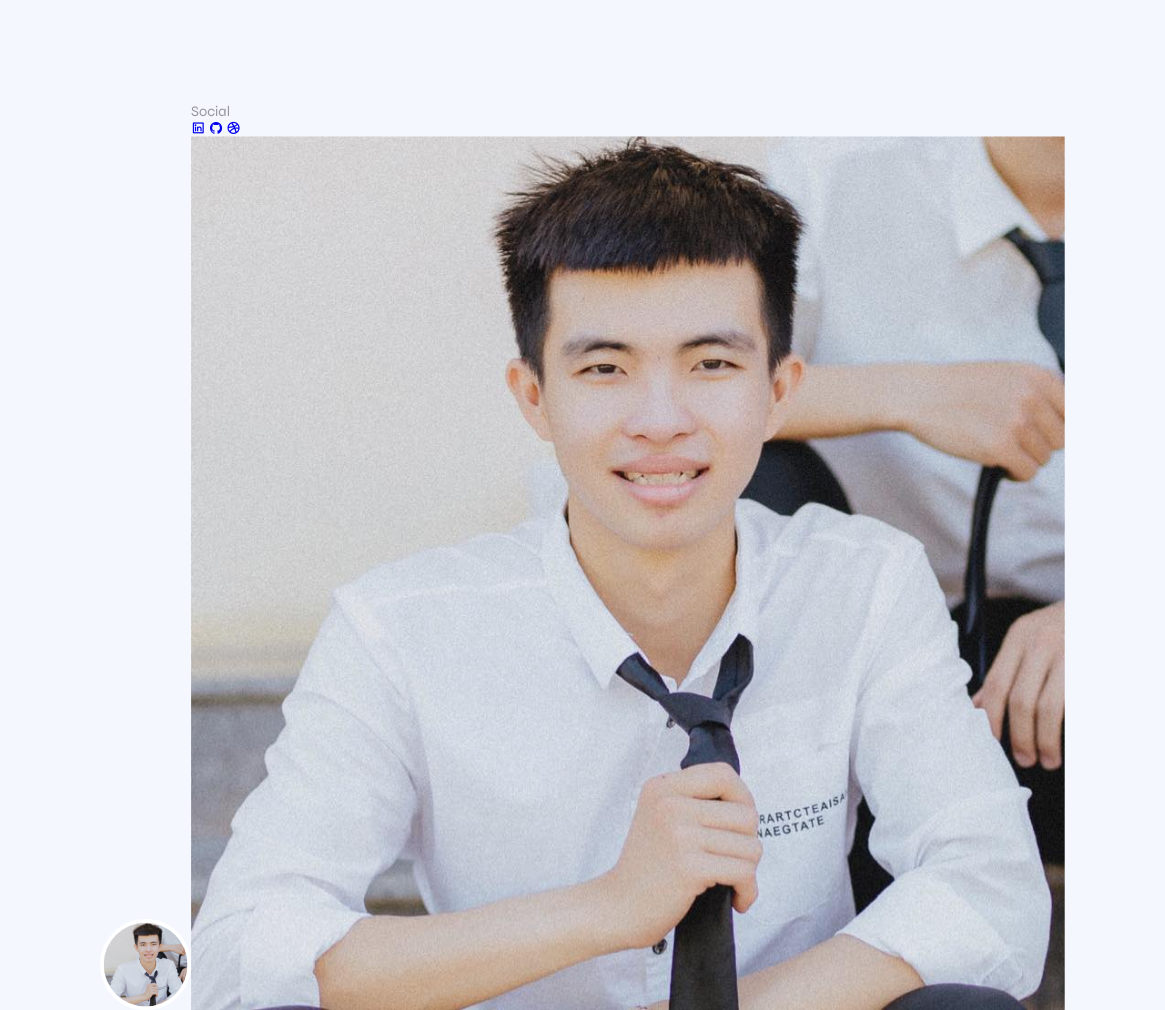
Repository: dinhhaidh/Profile
Page: index.html
These files come from the project's save history. The page is drawn as it stood at one moment and after the next save; the edit follows.
The browser window is 1280 px wide. The pictures show the whole page, at 91% of full size.
Some web libraries are served in a nearby version.

Above is the page before, as saved 2024-02-29 09:00:42.

After the next save:
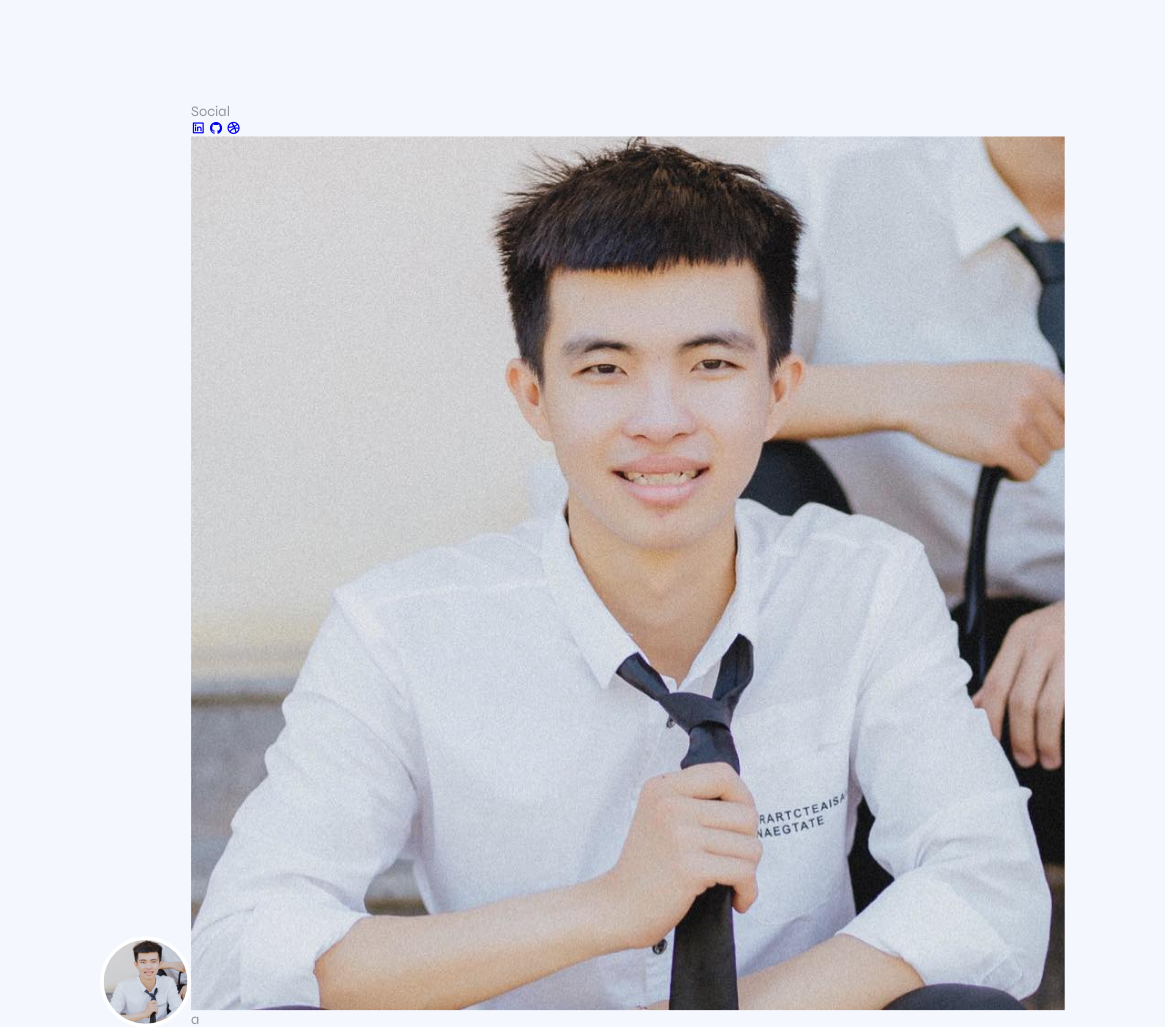
Saved 14 s later.
--- a/index.html
+++ b/index.html
@@ -51,6 +51,8 @@
                         </div>
                         <h2 class="card__name"></h2>
                         <h3 class="card__profession"></h3>
+
+                        a
                     </div>
                 </div>
             </div>

After the 2 saves that followed:
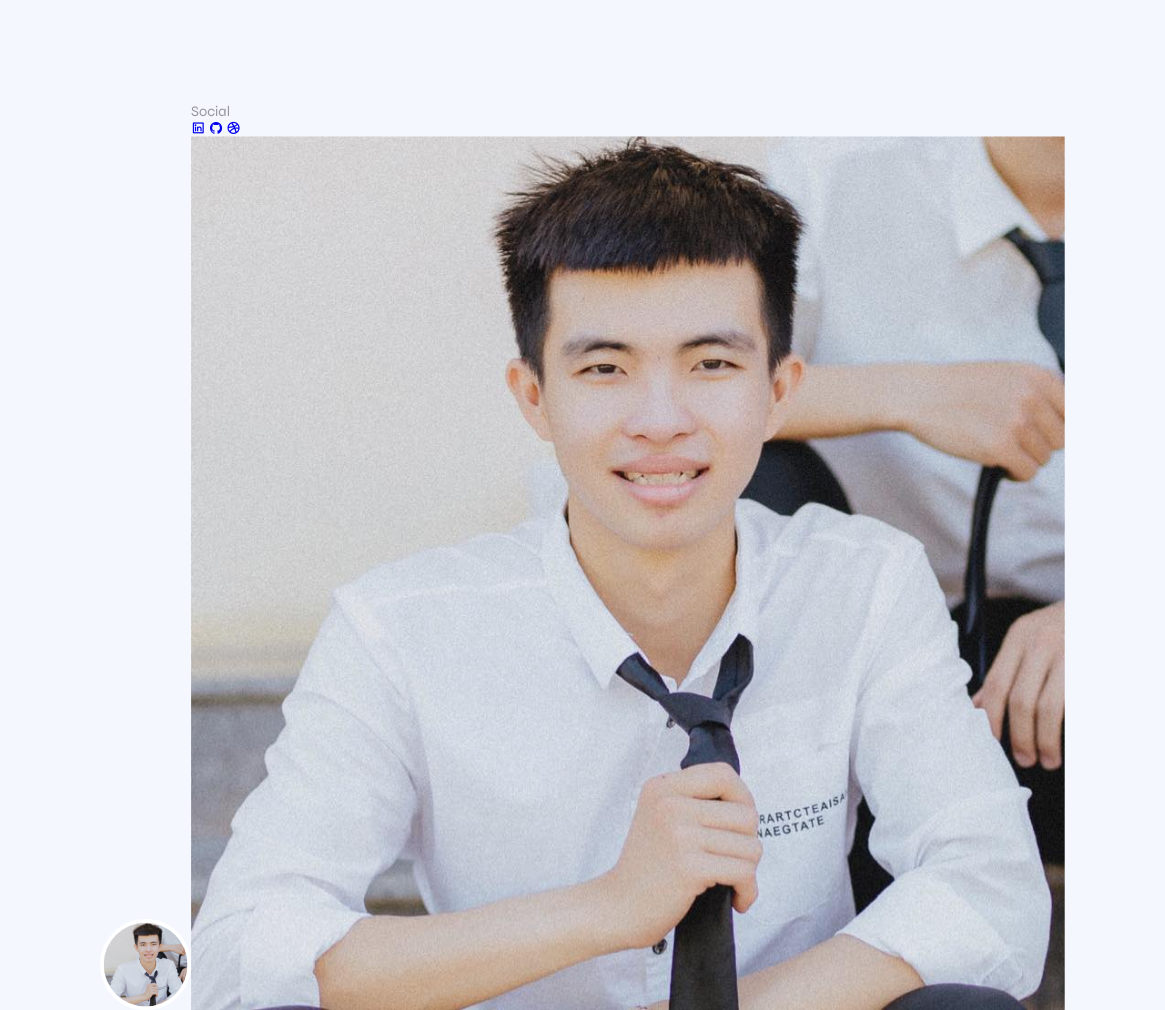
The 2 saves are shown as one change because they came seconds apart.
The last was saved 8 s later.
--- a/index.html
+++ b/index.html
@@ -52,7 +52,7 @@
                         <h2 class="card__name"></h2>
                         <h3 class="card__profession"></h3>
 
-                        a
+                        <a href="" class="card__button"></a>
                     </div>
                 </div>
             </div>
